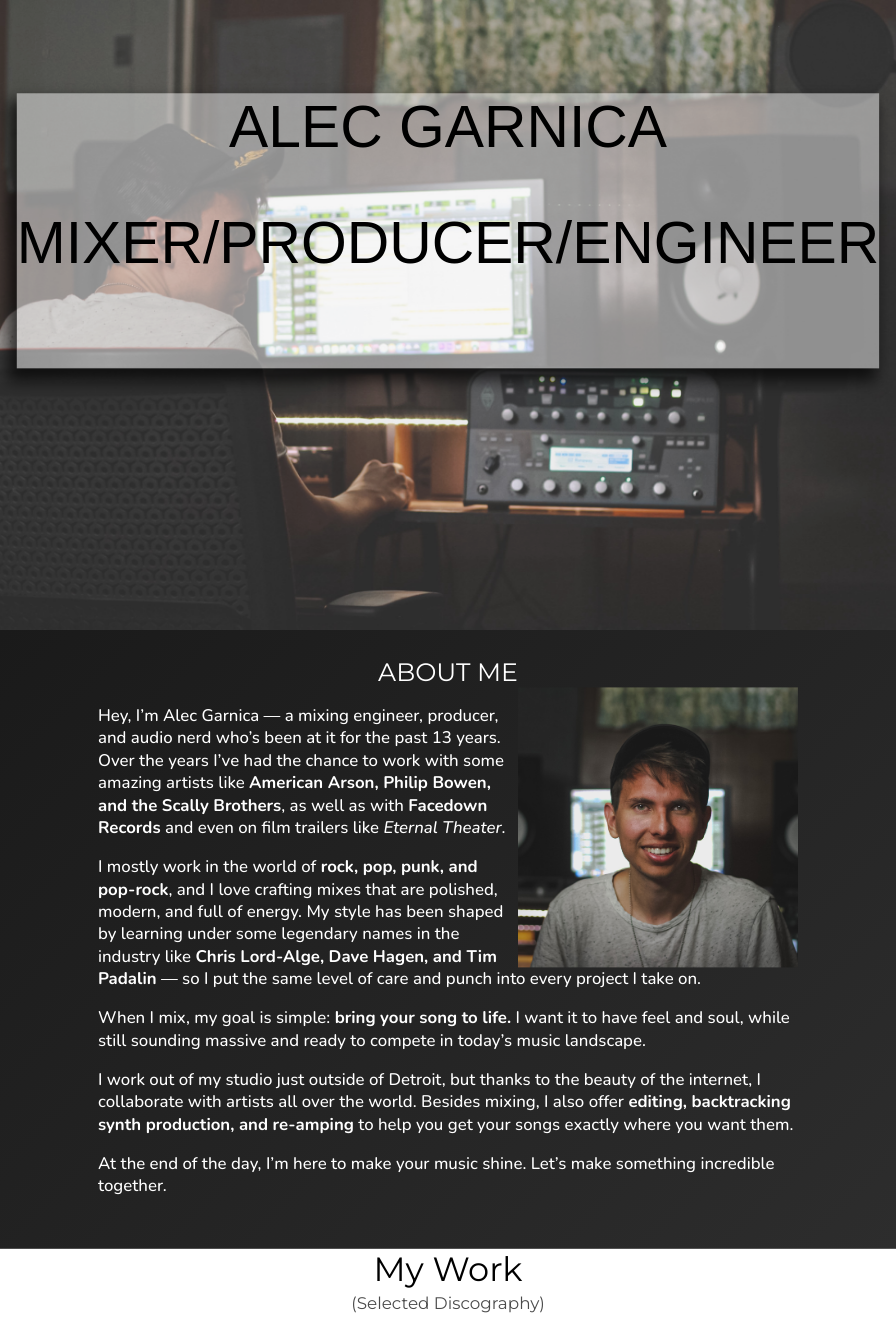
Repository: Aworminator/mixing-portfolio
Page: index.html
An editor plug-in stored every save of this project. The page is shown before and after a run of saves, followed by the edit.
The browser window is 1280 px wide. The pictures show the part of the page from y = 0 to 1920 px (the page is 6733 px tall), at 70% of full size.
Pictures or frames that could not be fetched are drawn as grey boxes. Some web fonts or font styles are not loaded; a fallback is used.

Above is the page before, as saved 2025-09-02 15:10:21.
Console error: ReferenceError: emailjs is not defined

### index.html
<!DOCTYPE html>
<html lang="en">
  <head>
    <meta charset="UTF-8" />
    <meta name="viewport" content="width=device-width, initial-scale=1.0" />
    <title>Mixing Portfolio</title>
    <link rel="preconnect" href="https://fonts.googleapis.com" />
    <link rel="preconnect" href="https://fonts.gstatic.com" crossorigin />
    <link
      href="https://fonts.googleapis.com/css2?family=Gothic+A1:wght@100;200;300;400;500;600;700;800;900&family=Rock+Salt&family=Nunito:ital,wght@0,200..1000;1,200..1000&family=Montserrat:ital,wght@0,100..900;1,100..900&family=Caveat:wght@400..700&display=swap"
      rel="stylesheet"
    />
    <link
      href="https://fonts.googleapis.com/css2?family=Roboto:ital,wght@0,100..900;1,100..900&display=swap"
      rel="stylesheet"
    />
    <link rel="stylesheet" href="styles.css" />
    <link
      rel="stylesheet"
      href="https://cdnjs.cloudflare.com/ajax/libs/font-awesome/6.0.0/css/all.min.css"
      integrity="sha512-9usAa10IRO0HhonpyAIVpjrylPvoDwiPUiKdWk5t3PyolY1cOd4DSE0Ga+ri4AuTroPR5aQvXU9xC6qOPnzFeg=="
      crossorigin="anonymous"
      referrerpolicy="no-referrer"
    />
  </head>
  <body>
    <section class="home-page">
      <div class="container">
        <img
          src="./images/backShot.JPG"
          class="main-pic"
          alt="alecgarnica.com photo"
        />
        <div class="overlay">
          <h1 class="gothic-a1-regular">ALEC GARNICA</h1>
          <h2 class="gothic-a1-regular">MIXER/PRODUCER/ENGINEER</h2>
          <button class="work-button">MY WORK</button>
        </div>
      </div>
    </section>
    <section class="about-me">
      <div class="about-info">
        <h1>ABOUT ME</h1>
        <img src="./images/font-shot.JPG" class="front-shot" alt="" />
        <p>
          Hey, I’m Alec Garnica — a mixing engineer, producer, and audio nerd
          who’s been at it for the past 13 years. Over the years I’ve had the
          chance to work with some amazing artists like
          <strong>American Arson, Philip Bowen, and the Scally Brothers</strong
          >, as well as with <strong>Facedown Records</strong> and even on film
          trailers like <em>Eternal Theater</em>.
        </p>

        <p>
          I mostly work in the world of
          <strong>rock, pop, punk, and pop-rock</strong>, and I love crafting
          mixes that are polished, modern, and full of energy. My style has been
          shaped by learning under some legendary names in the industry like
          <strong>Chris Lord-Alge, Dave Hagen, and Tim Padalin</strong> — so I
          put the same level of care and punch into every project I take on.
        </p>

        <p>
          When I mix, my goal is simple:
          <strong>bring your song to life.</strong> I want it to have feel and
          soul, while still sounding massive and ready to compete in today’s
          music landscape.
        </p>

        <p>
          I work out of my studio just outside of Detroit, but thanks to the
          beauty of the internet, I collaborate with artists all over the world.
          Besides mixing, I also offer
          <strong>editing, backtracking synth production, and re-amping</strong>
          to help you get your songs exactly where you want them.
        </p>

        <p>
          At the end of the day, I’m here to make your music shine. Let’s make
          something incredible together.
        </p>
      </div>
    </section>
    <section class="audio-examples" id="work">
      <div class="audio-header">
        <h1 class="my-work">My Work</h1>
        <h2 class="Selected">(Selected Discography)</h2>
      </div>
      <div class="videos">
        <iframe
          max-width="700"
          max-height="400"
          src="https://www.youtube.com/embed/eqg1Gq4seWM?si=DX9P9PFpzfFowoa7"
          title="YouTube video player"
          frameborder="0"
          allow="accelerometer; autoplay; clipboard-write; encrypted-media; gyroscope; picture-in-picture; web-share"
          referre700licy="strict-origin-when-cross-origin"
          allowfullscreen
          class="video"
        ></iframe>
        <iframe
          max-width="700"
          max-height="400"
          src="https://www.youtube.com/embed/Iz-hEh3Y0hM?si=Wv5LKFF-jRccTdgM&amp;start=48"
          title="YouTube video player"
          frameborder="0"
          allow="accelerometer; autoplay; clipboard-write; encrypted-media; gyroscope; picture-in-picture; web-share"
          referrerpolicy="strict-origin-when-cross-origin"
          allowfullscreen
          class="video"
        ></iframe>
        <iframe
          max-width="700"
          max-height="400"
          src="https://www.youtube.com/embed/VA2vZEjnYfY?si=OQ5lfUXrBXHWdOYN"
          title="YouTube video player"
          frameborder="0"
          allow="accelerometer; autoplay; clipboard-write; encrypted-media; gyroscope; picture-in-picture; web-share"
          referrerpolicy="strict-origin-when-cross-origin"
          allowfullscreen
          class="video"
        ></iframe>
        <iframe
          max-width="700"
          max-height="400"
          src="https://www.youtube.com/embed/L9egLN9AOas?si=VhJ0fQgymm5FhAU1"
          title="YouTube video player"
          frameborder="0"
          allow="accelerometer; autoplay; clipboard-write; encrypted-media; gyroscope; picture-in-picture; web-share"
          referrerpolicy="strict-origin-when-cross-origin"
          allowfullscreen
          class="video"
        ></iframe>
      </div>

      <div class="audio">
        <div id="input"></div>
      </div>
      <a
        href="https://open.spotify.com/playlist/7I4emXAeLMEQLFu5VL2Gmp?si=4582652f148643d4"
        target="_blank"
        rel="noopener noreferrer"
        class="Discography"
      >
        Full Discography
        <img src="./images/spotify-icon.png" class="spotify" alt="Spotify" />
      </a>
    </section>

    <section class="contact">
      <div class="contact-form-container">
        <h1>Contact Me</h1>
        <form class="contact-form" id="contact-form" autocomplete="off">
          <div class="form-group">
            <label for="name">Name*</label>
            <input type="text" id="name" name="name" required />
          </div>
          <div class="form-group">
            <label for="email">Email*</label>
            <input type="email" id="email" name="email" required />
          </div>
          <div class="form-group">
            <label for="message">Message*</label>
            <textarea id="message" name="message" rows="5" required></textarea>
          </div>
          <button type="submit">Send</button>
        </form>
      </div>
    </section>

    <script src="script.js"></script>
    <script src="https://cdn.jsdelivr.net/npm/bootstrap@5.3.0-alpha1/dist/js/bootstrap.bundle.min.js"></script>
    <script
      type="text/javascript"
      src="https://cdn.jsdelivr.net/npm/@emailjs/browser@4/dist/email.min.js"
    ></script>
    <script type="text/javascript">
      (function () {
        emailjs.init({
          publicKey: "Av33DaVyg5wDM5N9s",
        });
      })();

      function sendEmail(event) {
        event.preventDefault();

        const serviceID = "service_x2fv1ji";
        const templateID = "template_xrm7y6m";

        emailjs
          .sendForm(
            serviceID,
            templateID,
            document.getElementById("contact-form")
          )
          .then(
            () => {
              alert("Message sent successfully!");
              document.getElementById("contact-form").reset();
            },
            (error) => {
              alert("Failed to send message. Please try again later.");
              console.error("EmailJS Error:", error);
            }
          );
      }

      document
        .getElementById("contact-form")
        .addEventListener("submit", sendEmail);
    </script>
  </body>
</html>

### styles.css
body,
html {
  margin: 0;
  padding: 0;
}

.rock-salt-regular {
  font-family: "Rock Salt", cursive;
  font-weight: 400;
  font-style: normal;
}

.gothic-a1-regular {
  font-family: "Gothic A1", sans-serif;
  font-weight: 500;
  font-style: normal;
}

p {
  font-family: "Nunito", sans-serif;
  font-optical-sizing: auto;
  font-weight: 500;
  font-style: normal;
}

h1,
h2,
h3 {
  font-family: "Montserrat", sans-serif;
  font-optical-sizing: auto;
  font-weight: 400;
  font-style: normal;
}

h3 {
  opacity: 80%;
}

.container {
  position: relative;
  display: inline-block;
  width: 100%;
}

.main-pic {
  /* position: absolute; */
  max-height: 900px;
  width: 100%;
  margin: 0 auto;
  object-fit: cover;
  height: 900px;
  z-index: -1;
  opacity: 90%;
}

.overlay {
  position: absolute;
  left: 50%;
  bottom: 20%;
  transform: translate(-50%, -50%); /* Perfect center */
  z-index: 1;
  font-size: 3.5em;
  text-align: center;
  background-color: rgba(255, 255, 255, 0.467);
  box-shadow: -8px 14px 20px 4px rgb(0 0 0 / 69%);
}

.home-page {
  max-height: 900px;
}

.about-me {
  position: relative;
  max-height: 900px;
  background: linear-gradient(135deg, #1a1a1a 0%, #2d2d2d 100%);
  margin: 0 auto;
  padding-top: 3%;
}

.about-info {
  color: white;
  font-size: 1.5em;
  width: 1000px;
  margin: 0 auto;
  padding-bottom: 50px;
}

.videos {
  margin: 0 auto;
  font-size: 2em;
  display: flex;
  flex-direction: row;
  flex-wrap: wrap;
  gap: 40px;
  justify-content: center;
}

.my-work {
  font-size: 3em;
  text-align: center;
}

.Selected {
  text-align: center;
  opacity: 70%;
  position: relative;
  bottom: 15px;
}

.front-shot {
  float: right;
  height: 400px;
  width: 400px;
  object-fit: cover;
  aspect-ratio: 1 / 1;
}

.work-button {
  position: relative;
  bottom: 700px;
  display: flex;
  justify-content: center;
  align-items: center;
  text-align: center;
  font-size: 2em;
  background-color: rgb(255, 255, 255);
  width: 200px;
  height: 60px;
  border-radius: 7px;
  margin: 0 auto;
  box-shadow: 8px 9px 10px rgb(0 0 0 / 65%);
  font-family: "Roboto", sans-serif;
  font-optical-sizing: auto;
  font-weight: 400;
  font-style: normal;
  font-variation-settings: "wdth" 100;
  border: none;
  cursor: pointer;
  color: inherit;
}

.work-button:hover {
  transform: scale(1.1);
}

.work-button:active {
  transform: scale(0.9);
}

.card {
  height: 500px;
  width: 300px;
  border: 2px solid black;
  background-color: rgb(255, 255, 255);
  background: url("https://www.patternpictures.com/wp-content/uploads/Crumpled-white-paper-texture-background.jpg");
  background-color: rgba(255, 255, 255, 0.775);
  background-blend-mode: lighten;
  box-shadow: 5px 10px 20px 0 rgba(0, 0, 0, 0.535);
  border-radius: 10px;
  margin: 90px;
  display: flex;
  flex-direction: column;
  justify-content: flex-start;
  align-items: center;
  flex-wrap: wrap;
  z-index: 1;
}

h1 {
  text-align: center;
  margin: 0 auto;
}

h4 {
  font-family: "Caveat";
  font-optical-sizing: auto;
  font-weight: 400;
  font-style: normal;
  text-shadow: 2px 5px 6px rgba(0, 0, 0, 0.18);
}

#input {
  display: flex;
  justify-content: center;
  flex-direction: column;
  flex-wrap: wrap;
}

.audio {
  display: flex;
  flex-direction: column;
  justify-content: flex-start;
  margin-top: 50px;
}

.album-artwork {
  height: 300px;
  width: 300px;
  border-radius: 10px 10px 0 0;
  position: relative;
}

.card-info {
  display: flex;
  flex-direction: row;
  justify-content: space-around;
  width: 200px;
  margin-top: 10px;
  margin-bottom: 0;
  position: relative;
}

.band-info {
  border-radius: 10px;
  padding: 5px 10px;
  height: 100px;
  width: 200px;
  display: flex;
  flex-direction: column;
  align-items: flex-start;
  font-size: 0.9em;
  text-align: left;
}

.album-title {
  position: relative;
  bottom: 15px;
}

.link {
  text-decoration: none;
  color: black;
}

.link:hover {
  text-decoration: underline;
  transform: scale(1.05);
}

@keyframes move-words {
  0% {
    left: 100%;
  }
  100% {
    left: -100%;
  }
}

.fa-pause,
.fa-play {
  font-size: 2em;
  position: relative;
  right: 12px;
}

.fa-play:active {
  font-size: 2em;
  position: relative;
  transform: scale(0.8);
}

.player {
  display: flex;
  flex-direction: row;
  align-items: center;
  justify-content: center;
  padding: 10px 0 0 0;
  margin-bottom: 25px;
}

.progress-bar {
  background-color: white;
  border-radius: 40px;
  color: black;
  width: 150px;
  height: 12px;
  border: 1px solid rgb(221, 144, 99);
}

.progress {
  background-color: rgb(244, 164, 117);
  border-radius: 40px;
  height: 100%;
  width: 0%;
}

/* Contact Section Styles */
.contact {
  background: linear-gradient(135deg, #1a1a1a 0%, #2d2d2d 100%);
  padding: 80px 20px;
  min-height: 600px;
  display: flex;
  align-items: center;
  justify-content: center;
}

.contact-form-container {
  background: rgba(255, 255, 255, 0.95);
  border-radius: 15px;
  padding: 50px 40px;
  box-shadow: 0 20px 40px rgba(0, 0, 0, 0.3);
  max-width: 600px;
  width: 100%;
  backdrop-filter: blur(10px);
  border: 1px solid rgba(255, 255, 255, 0.2);
}

.contact-form-container h1 {
  color: #2d2d2d;
  font-size: 2.5em;
  text-align: center;
  margin-bottom: 40px;
  font-weight: 700;
  letter-spacing: 1px;
}

.contact-form {
  display: flex;
  flex-direction: column;
  gap: 25px;
}

.form-group {
  display: flex;
  flex-direction: column;
  gap: 8px;
}

.form-group label {
  font-family: "Montserrat", sans-serif;
  font-weight: 600;
  color: #333;
  font-size: 1.1em;
  letter-spacing: 0.5px;
}

.form-group input,
.form-group textarea {
  padding: 15px 20px;
  border: 2px solid #e0e0e0;
  border-radius: 10px;
  font-family: "Nunito", sans-serif;
  font-size: 1em;
  background: #fafafa;
  transition: all 0.3s ease;
  outline: none;
}

.form-group input:focus,
.form-group textarea:focus {
  border-color: #4a90e2;
  background: white;
  box-shadow: 0 0 0 3px rgba(74, 144, 226, 0.1);
  transform: translateY(-2px);
}

.form-group textarea {
  resize: vertical;
  min-height: 120px;
  font-family: "Nunito", sans-serif;
}

.contact-form button {
  background: linear-gradient(135deg, #4a90e2 0%, #357abd 100%);
  color: white;
  border: none;
  padding: 18px 30px;
  border-radius: 10px;
  font-family: "Montserrat", sans-serif;
  font-size: 1.2em;
  font-weight: 600;
  cursor: pointer;
  transition: all 0.3s ease;
  margin-top: 15px;
  letter-spacing: 1px;
  text-transform: uppercase;
}

.contact-form button:hover {
  transform: translateY(-3px);
  box-shadow: 0 10px 25px rgba(74, 144, 226, 0.4);
  background: linear-gradient(135deg, #357abd 0%, #2968a3 100%);
}

.contact-form button:active {
  transform: translateY(-1px);
  box-shadow: 0 5px 15px rgba(74, 144, 226, 0.3);
}

/* Discography Button Styles (matching send button) */
.Discography {
  background-color: black;
  color: white;
  border: none;
  padding: 18px 30px;
  border-radius: 10px;
  font-family: "Montserrat", sans-serif;
  font-size: 1.2em;
  font-weight: 600;
  cursor: pointer;
  transition: all 0.3s ease;
  margin: 30px auto;
  letter-spacing: 1px;
  text-transform: uppercase;
  display: flex;
  align-items: center;
  justify-content: center;
  gap: 10px;
  text-decoration: none;
  width: fit-content;
}

.Discography:hover {
  transform: translateY(-3px);
  box-shadow: 0 10px 25px rgba(74, 144, 226, 0.4);
  background: linear-gradient(135deg, #357abd 0%, #2968a3 100%);
  color: white;
}

.Discography:active {
  transform: translateY(-1px);
  box-shadow: 0 5px 15px rgba(74, 144, 226, 0.3);
}

.spotify {
  height: 50px;
  width: 50px;
  margin-left: 15px;
}

/* Responsive Design for Contact Form */
@media screen and (max-width: 768px) {
  .main-pic {
    width: 100%;
    margin: 0 auto;
    object-fit: cover;
    height: 400px;
    z-index: -1;
    opacity: 90%;
  }

  .overlay {
    bottom: 250px;
    font-size: 0.9em;
    padding: 0 7px;
    margin: 0 auto;
  }

  .work-button {
    position: relative;
    bottom: 200px;
    display: flex;
    justify-content: center;
    align-items: center;
    text-align: center;
    font-size: 1em;
    background-color: rgb(255, 255, 255);
    width: 100px;
    height: 30px;
  }

  .about-me {
    min-height: 1100px;
    background: linear-gradient(135deg, #1a1a1a 0%, #2d2d2d 100%);
    margin: 0 auto;
    padding-top: 3%;
  }

  .about-info {
    color: white;
    border: 2px solid rgba(255, 255, 255, 0.473);
    font-size: 1.1em;
    width: 90%;
    margin: 0 auto;
    padding: 10px;
  }

  .front-shot {
    height: 175px;
    width: 175px;
  }

  .audio-header {
    font-size: 0.8em;
    margin-top: 20px;
  }

  .card {
    height: 500px;
    width: 300px;
  }

  .contact {
    padding: 60px 15px;
  }

  .contact-form-container {
    padding: 40px 25px;
    margin: 0 10px;
  }

  .contact-form-container h1 {
    font-size: 2em;
    margin-bottom: 30px;
  }

  .form-group input,
  .form-group textarea {
    padding: 12px 15px;
  }

  .contact-form button {
    padding: 15px 25px;
    font-size: 1.1em;
  }
}

@media screen and (min-width: 768px) {
  #input {
    display: flex;
    flex-direction: row;
    justify-content: space-around;
  }

  .videos {
    display: flex;
    flex-direction: row;
    justify-content: center;
    flex-wrap: wrap;
  }

  .video {
    height: 400px;
    width: 700px;
  }
}

### script.js
let songs = [
  {
    albumArt:
      "https://facedownrecords.com/wp-content/uploads/2023/09/FCD195-3000.jpg",
    artist: "American Arson",
    song: "The Heat |: Run",
    name: "Run - American Arson.wav",
    artistLink:
      "https://open.spotify.com/artist/7cl9j0U54gBxbcGO7zXXs2?si=Y8YFn_WdRy2WaXkD7kTK9A",
    songLink:
      "https://open.spotify.com/track/4LscxvJWC9iHOBJmns7oVh?si=cf5a5d8cefe242de",
  },
  {
    albumArt:
      "https://i.scdn.co/image/ab67616d0000b27369a57afe6b668fe34d4e9914",
    artist: "Philip Bowen",
    song: "Better Way",
    name: "Fireflies - Camino Kid.wav",
    artistLink:
      "https://open.spotify.com/artist/3Mm4P393IFVqIQDmL691G9?si=A1uk_0hjSPOLajqtXdFjjQ",
    songLink:
      "https://open.spotify.com/track/2iAruT7aaz0of7HgP6AXJ5?si=48f3d1c8590f4527",
  },
  {
    albumArt:
      "https://i.scdn.co/image/ab67616d00001e02c0d49229ee1521c01ba40c3e",
    artist: "Chery Blossom Club",
    song: "Astray",
    name: "All Is Well - Jared Withrow.wav",
    artistLink:
      "https://open.spotify.com/artist/7LDoytlH8MNe9zu2VIu5uB?si=W9AvoN22T46V6yPUWuvBdA",
    songLink:
      "https://open.spotify.com/track/77lonoP2aKYjy99jGNJf3r?si=8c8acfcdc6ff47a3",
  },
  {
    albumArt:
      "https://i.scdn.co/image/ab67616d00001e02066f1a88ce4c1492f016dc33",
    artist: "Jared Withrow",
    song: "All Is Well",
    name: "All Is Well - Jared Withrow.wav",
    artistLink:
      "https://open.spotify.com/artist/5HWM1z6NnHcvOnUeLcCAKn?si=47omOcpARfSCEVpzm1sS9w",
    songLink:
      "https://open.spotify.com/track/60aH38LMrZZam1xIewtDBR?si=670e49b3f44149bb",
  },
  {
    albumArt: "./images/albums/caminoKid.jpg",
    artist: "Camino Kid",
    song: "Fireflies(Cover)",
    name: "Fireflies - Camino Kid.wav",
    artistLink:
      "https://open.spotify.com/artist/5Dm6l5ypjnBRX4r3o2vzkZ?si=yQY43V2TQ06EWhuZaBigIg",
    songLink:
      "https://open.spotify.com/track/2ckxbqWp45dph2w9lZHEuz?si=ac1ee9025897455e",
  },
  {
    albumArt:
      "https://www.shazam.com/mkimage/image/thumb/Music122/v4/09/7e/41/097e41aa-4970-2849-a3a6-7e0279f900af/artwork.jpg/375x375bb.webp",
    artist: "The Scally Brothers",
    song: "Lion and the Lamb",
    name: "Fireflies - Camino Kid.wav",
    artistLink:
      "https://open.spotify.com/artist/1zxZJBr1JIL8X4zDvpkFos?si=ZAqeO_ZFRFWOyXo424s7Ng",
    songLink:
      "https://open.spotify.com/track/74FoVUSj3mCoDl6XZTojDW?si=b75b83345caf4865",
  },
];

let input = document.querySelector("#input");

function updateProgress(e, songName) {
  let { currentTime, duration } = e.srcElement;
  const progressPercentage = (currentTime / duration) * 100;
  document.getElementById(
    `progress-${songName}`
  ).style.width = `${progressPercentage}%`;

  const playBtn = document.getElementById(`playBtn-${songName}`);
  if (currentTime === duration) {
    playBtn.classList.add("fa-play");
    playBtn.classList.remove("fa-pause");
  } else {
    playBtn.classList.add("fa-pause");
    playBtn.classList.remove("fa-play");
  }
}

function setProgress(e, songName) {
  const width = e.currentTarget.clientWidth;
  const clickX = e.offsetX;
  const audio = document.getElementById(`audio-${songName}`);
  const duration = audio.duration;

  audio.currentTime = (clickX / width) * duration;
}

function playAudio(songName) {
  const audio = document.getElementById(`audio-${songName}`);
  audio.play();
}

function pauseAudio(songName) {
  const audio = document.getElementById(`audio-${songName}`);
  audio.pause();
}

songs.forEach((song) => {
  const card = document.createElement("div");
  card.classList.add("card");
  card.innerHTML = `
    <img class="album-artwork" src="${song.albumArt}" alt="">
    <div class="mp3">
      <div class="band-info">
        <a href="${song.songLink}" class="link"><h1 class="band-name">${song.song}</h1></a>
        <a href="${song.artistLink}" class="link"><h3 class="album-title">${song.artist}</h3></a>
      </div>
      <div class="player">
        <i class="fa-solid fa-play" id="playBtn-${song.name}" onclick="toggleAudio('${song.name}')"></i>
        <audio preload="metadata" id="audio-${song.name}" src="./audio/${song.name}"></audio>
        <div class="progress-bar" id="progress-bar-${song.name}">
          <div class="progress" id="progress-${song.name}"></div>
        </div>
      </div>
    </div>
  `;
  input.appendChild(card);

  const audio = document.getElementById(`audio-${song.name}`);
  const progressBar = document.getElementById(`progress-bar-${song.name}`);

  audio.addEventListener("timeupdate", (e) => updateProgress(e, song.name));
  progressBar.addEventListener("click", (e) => setProgress(e, song.name));
});

function toggleAudio(songName) {
  const audio = document.getElementById(`audio-${songName}`);
  const playBtn = document.getElementById(`playBtn-${songName}`);

  if (audio.paused || audio.ended) {
    playAudio(songName);
    playBtn.classList.remove("fa-play");
    playBtn.classList.add("fa-pause");
  } else {
    pauseAudio(songName);
    playBtn.classList.remove("fa-pause");
    playBtn.classList.add("fa-play");
  }

  audio.onpause = () => {
    playBtn.classList.remove("fa-pause");
    playBtn.classList.add("fa-play");
  };
  audio.onplay = () => {
    playBtn.classList.remove("fa-play");
    playBtn.classList.add("fa-pause");
  };
}

After the next 3 saves:
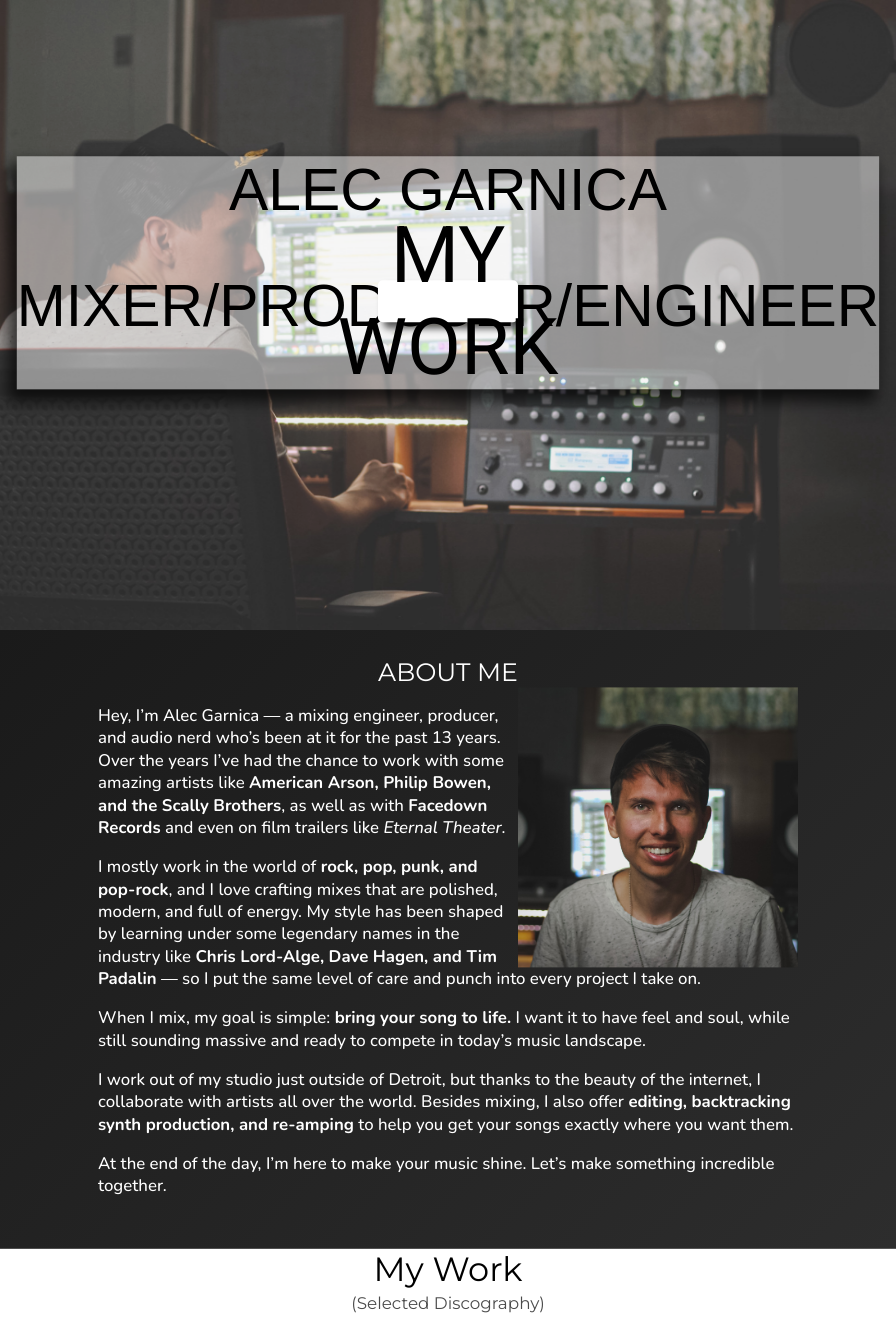
The 3 saves are shown as one change because they came seconds apart.
The last was saved 30 s later.
--- a/styles.css
+++ b/styles.css
@@ -117,7 +117,10 @@ h3 {
 
 .work-button {
   position: relative;
-  bottom: 700px;
+  position: absolute;
+  left: 50%;
+  bottom: 20%;
+  transform: translate(-50%, -50%); /* Perfect center */
   display: flex;
   justify-content: center;
   align-items: center;
